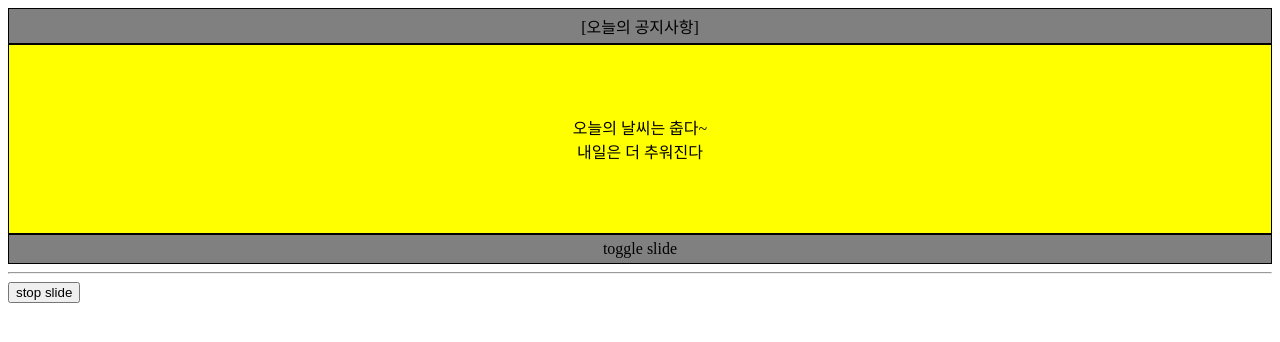
Repository: hangilyon/allJSPStudy
Page: javascript/ex21.html
These files come from the project's save history. The page is drawn as it stood at one moment and after the next save; the edit follows.
The browser window is 1280 px wide. The pictures show the whole page.
After loading, the first visible `#slide` was clicked once.

Above is the page before, as saved 2021-10-18 08:43:03.

After the next save:
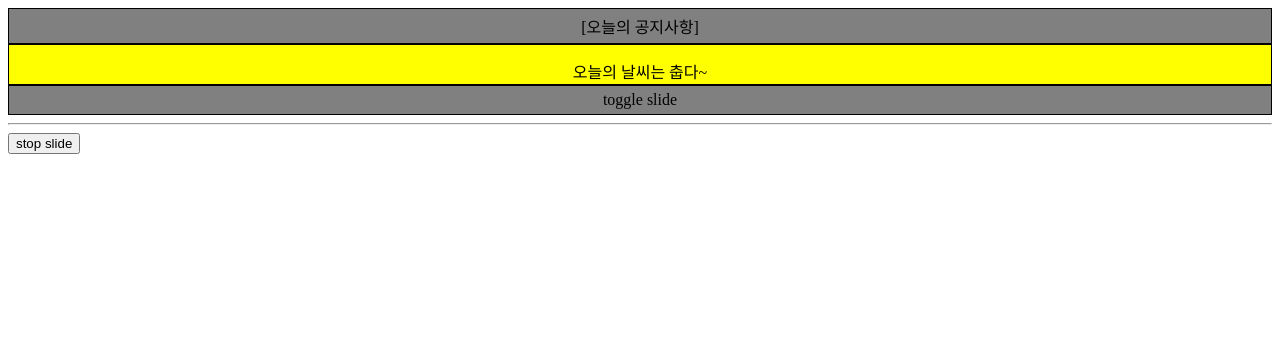
Saved 58 s later.
--- a/javascript/ex21.html
+++ b/javascript/ex21.html
@@ -8,10 +8,12 @@
 <script type="text/javascript">
 	$(document).ready(function(){
 		$("#panel").click(function(){
-			$("#panel").hide()
+			//$("#panel").hide()
+			$("#panel").slideUp("fast")
 		})
 		$("#slide").click(function(){
-			$("#panel").show()
+			//$("#panel").show()
+			$("#panel").slideDown(5000)
 		})
 	})
 </script>

After the save that followed:
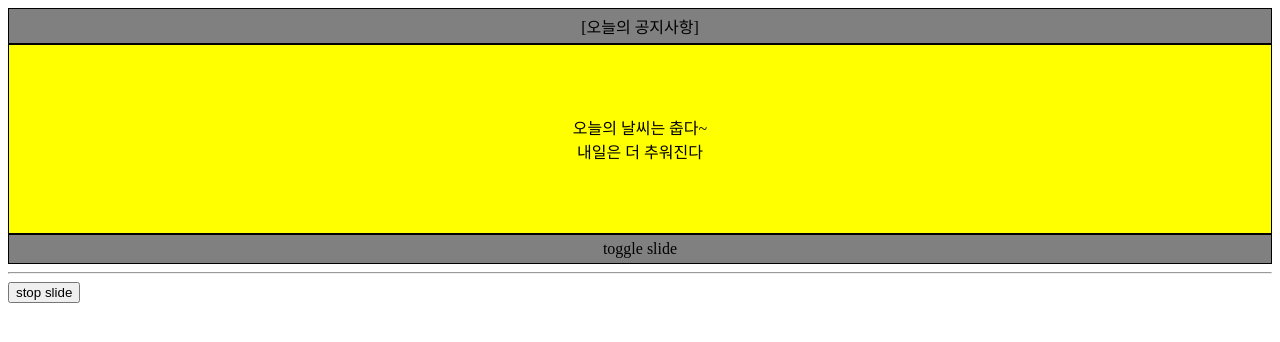
Saved 39 s later.
--- a/javascript/ex21.html
+++ b/javascript/ex21.html
@@ -13,7 +13,7 @@
 		})
 		$("#slide").click(function(){
 			//$("#panel").show()
-			$("#panel").slideDown(5000)
+			$("#panel").slideDown(1000)
 		})
 	})
 </script>
